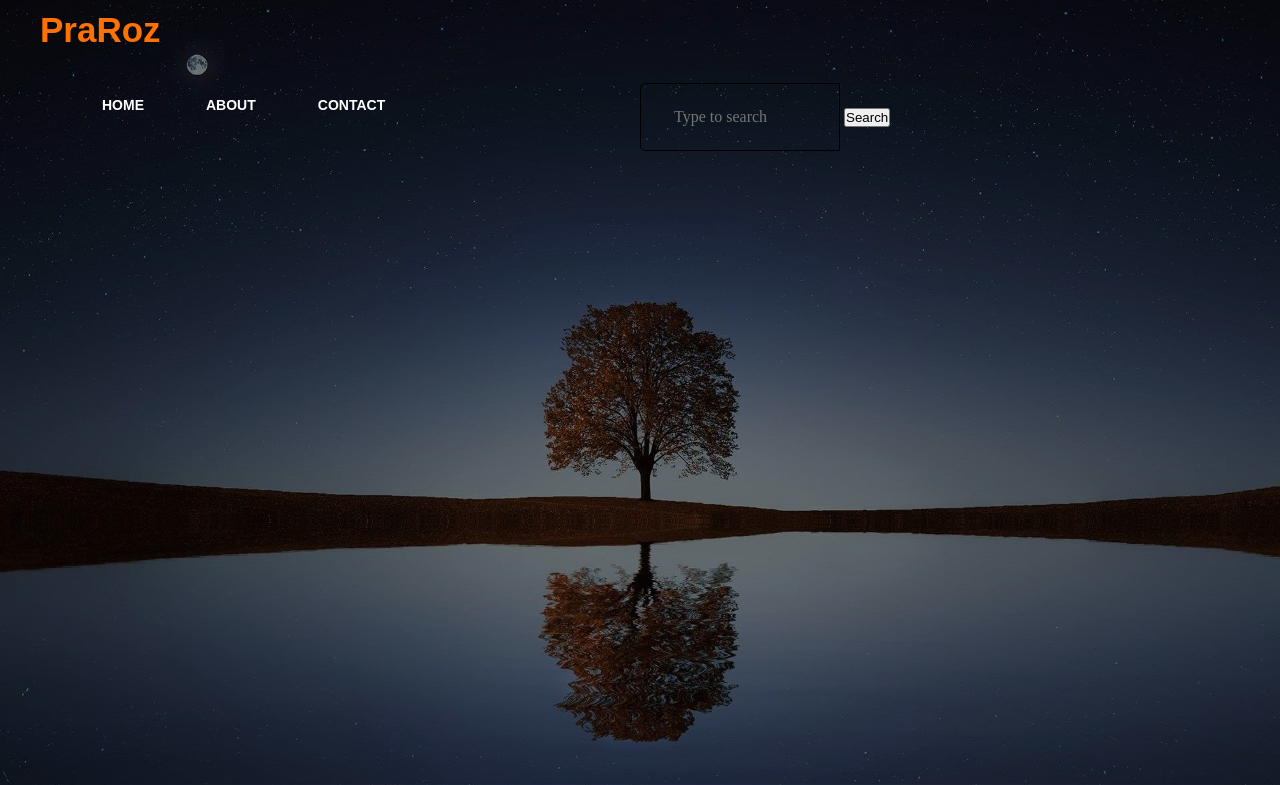
Repository: Cedrqmwesigwa/web-design-course
Page: index.html
An editor plug-in stored every save of this project. The page is shown before and after a run of saves, followed by the edit.
The browser window is 1280 px wide. The pictures show the whole page.

Above is the page before, as saved 2024-04-03 20:01:34.

### index.html
<!DOCTYPE html>
<html lang="en">
<head>
    <title>My Website</title>
    <link rel="stylesheet" href="style.css"/>
</head>
<body>
    <div class="main">
        <div class="navbar">
            <div class="icon">
                <h2 class="logo">PraRoz</h2>
            </div>
            <div class="menu">
                <ul>
                    <li><a href="#">HOME</a></li>
                    <li><a href="#">ABOUT</a></li>
                    <li><a href="#">CONTACT</a></li>
                </ul>
            </div>
            <div class="search">
                <input type="search" class="srch" name="" placeholder="Type to search">
                <a href="#"><button class="btn">Search</button></a>
            </i></div>
        </div>
    </div>


</body>
</html>

### style.css
*{
    margin: 0;
    padding: 0;
}

.main{
    width: 100% ;
    background: linear-gradient(to top, rgba(0,0,0,0.5)50%, rgba(0, 0, 0, 0.5)50%), url(1.jpg);
    background-position: center;
    background-size: cover;
    height: 109vh;
}

.navbar{
    width: 1200px;
    height: 75px;
    margin:  auto;
}

.icon{
    width: 200px;
    font: left;
    height: 70px;
}

.logo {
    color: #ff7200;
    font-size: 35px;
    font-family: Arial;
    float: left;
    padding-top: 10px;
}

.menu{
    width: 400px;
    float: left;
    height: 70px;
}

ul{
    float: left;
    display: flex;
    justify-content: center;
    align-items: center;
}

ul li{
    list-style: none;
    margin-left: 62px;
    margin-top: 27px;
    font-size: 14px;
}

ul li a{
    text-decoration: none;
    color: white;
    font-family: Arial;
    font-weight: bold;
    transition: .4 ease-in-out;
}

ul li a:hover{
    color:#ff7200
}

.search{
    width: 330px;
    float: left;
    margin-left: 200px;
}

.srch{
    font-family: "Times New Roman";
    width: 200px;
    height: 50px;
    padding: 10%;
    background: transparent;
    border-top: 5px;
    border-bottom-left-radius: 5px;
    border-top-left-radius: 5px;
    font-size: 16px;
    color: white;
    margin-top:13px;
    border: 1px solid  #000;


}

After the next 2 saves:
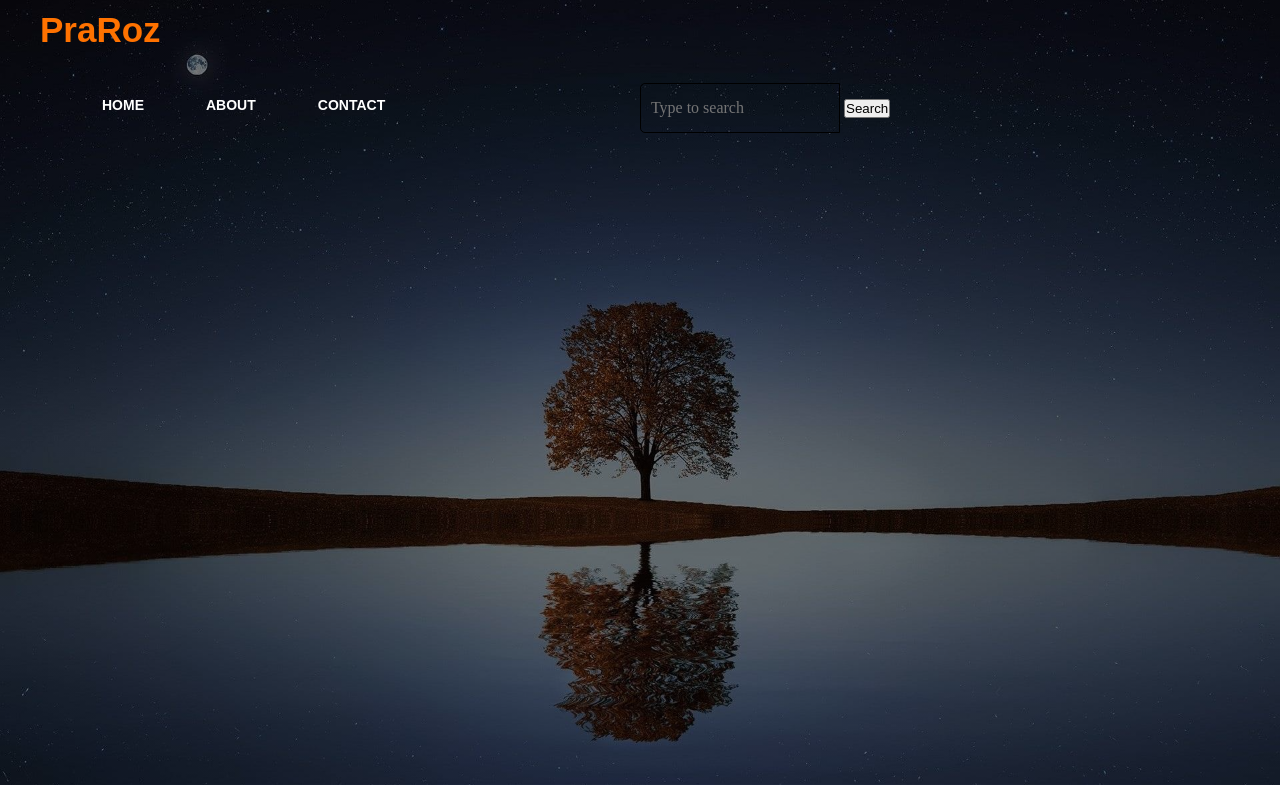
The 2 saves are shown as one change because they came seconds apart.
The last was saved 11 s later.
--- a/style.css
+++ b/style.css
@@ -73,7 +73,7 @@ ul li a:hover{
     font-family: "Times New Roman";
     width: 200px;
     height: 50px;
-    padding: 10%;
+    padding: 3%;
     background: transparent;
     border-top: 5px;
     border-bottom-left-radius: 5px;
